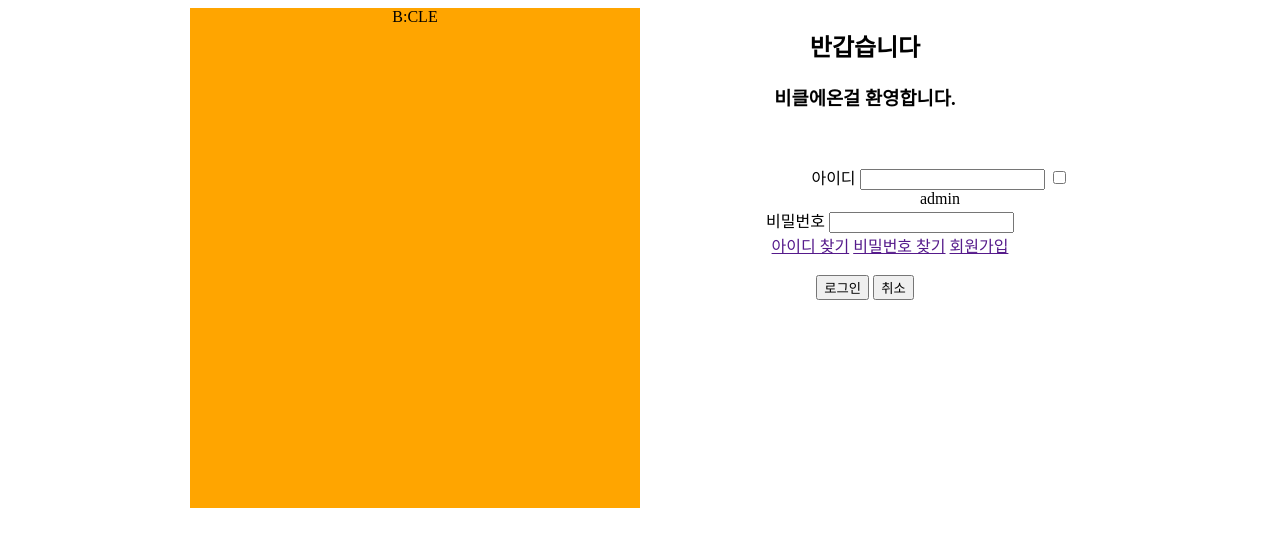
Repository: CHAEYUN7074/SpringProject_Bcle
Page: http://localhost/Bcle/LoginPage.jsp
An editor plug-in stored every save of this project. The page is shown before and after the next save, followed by the edit.
The browser window is 1280 px wide. The pictures show the whole page.
The page is served by Tomcat 9.

Above is the page before, as saved 2021-12-16 07:47:39.
Console error: ReferenceError: $ is not defined

### Bcle/WebContent/LoginPage.jsp
<%@ page contentType="text/html; charset=UTF-8"%>
<%@ taglib prefix="c" uri="http://java.sun.com/jsp/jstl/core"%>
<%
    request.setCharacterEncoding("UTF-8");
    String cp = request.getContextPath();
%>
<!DOCTYPE html>
<html>
<head>
<meta charset="UTF-8">
<title>LoginPage.jsp</title>
<script type="text/javascript">

	$(document).ready(function()
	{

		$("#submitBtn").click(function()
		{

			alert("확인");

		});

	});

</script>
<style type="text/css">

.bg
{
	position: relative;
	text-align: center;
}
.t-box
{
	display: flex;
	margin: 0 auto;
	width: 900px;
}
.right
{
	flex: 1;
	height: 500px;
	background-color: orange;
}

.left
{
	float: right;
	flex: 1;


}

.info {
	background-color: orange;
	width: 70vh;
	height: 30vh;
}

.upper {
	display: flex;
	background-color: gray;
}
.rightform
{
	text-align: center;
}

</style>
<script type="text/javascript" src="http://code.jquery.com/jquery.min.js"></script>
<script type="text/javascript">

	$(document).ready(function()
	{
		$("#submitBtn").click(function()
		{
			// 테스트
			//alert("확");
			$("#err").css("display", "none");

			if($("#id").val()=="" || $("#pw").val()=="")
			{
				$("#err").html("항목을 모두 입력해야 합니다.").css("display","inline");
				return
			}

			$("#loginForm").submit();

		});
	});

</script>
</head>
<body>

<div class="bg">
	<%-- <div>
		<c:import url="nav.jsp"></c:import>
	</div> --%>

	<div class="t-box">
		<div class="right">
			B:CLE
		</div>

		<div class="left">
			<div>
				<div><h2>반갑습니다</h2></div>
				<div><h3>비클에온걸 환영합니다.</h3></div>
				<br><br>
			</div>

			<div class="rightform">
				<form action="login.action" method="post" id="loginForm">
					<div style="margin-left: 150px;">
					아이디 <input type="text" id="id" name="id"/>
					<input type="checkbox" id="admin" name="admin" value="0" />
					<label for="admin">admin</label><br>
					</div>
					<div style="margin-left: 50px;">
					비밀번호 <input type="password" id="pwd" name="pwd"/><br>
					</div>

					<div style="margin-left: 50px;">
					<a href="">아이디 찾기</a>
					<a href="">비밀번호 찾기</a>
					<a href="">회원가입</a>
					</div>
					<br>

					<div>
						<input type="button" value="로그인" id="submitBtn" class="btn"/>
						<input type="reset" value="취소" id="resetBtn" class="btn"/>
						<br><br>
						<span id="err" style="color: red;display: none;"></span>
					</div>
				</form>
			</div>
			<!--
			<div>
					<a href="">관리자 로그인하기</a>
			</div>
			 -->
		</div>
	</div>
	<%--
	<div>
		<c:import url="footer.jsp"></c:import>
	</div>
	 --%>
</div>

</body>
</html>

After the next save:
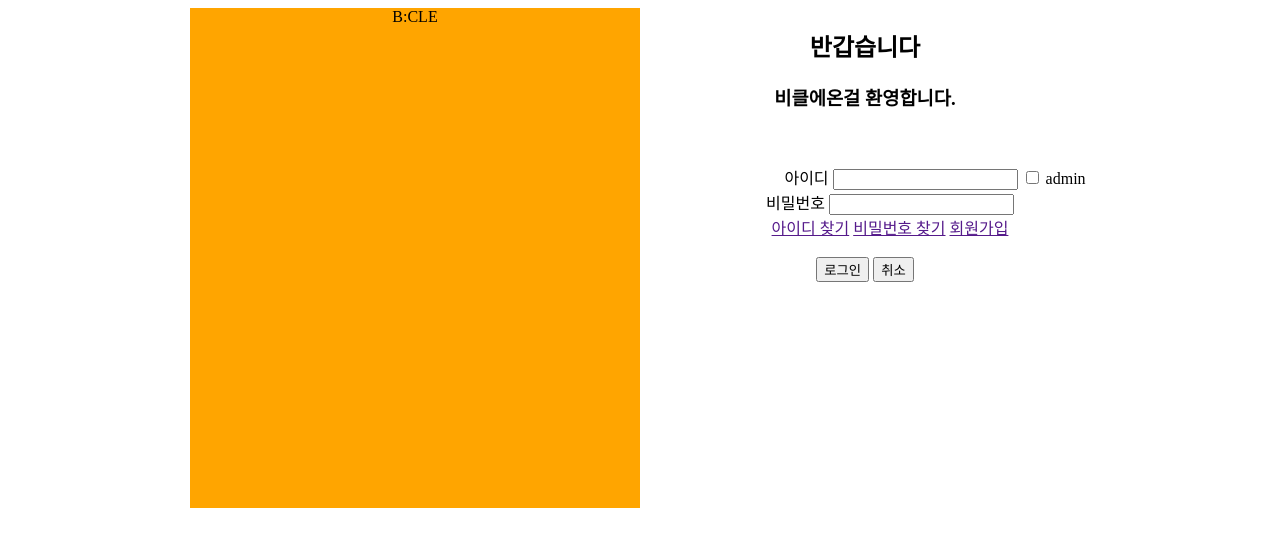
Saved 6 s later.
--- a/Bcle/WebContent/LoginPage.jsp
+++ b/Bcle/WebContent/LoginPage.jsp
@@ -113,7 +113,7 @@
 
 			<div class="rightform">
 				<form action="login.action" method="post" id="loginForm">
-					<div style="margin-left: 150px;">
+					<div style="margin-left: 140px;">
 					아이디 <input type="text" id="id" name="id"/>
 					<input type="checkbox" id="admin" name="admin" value="0" />
 					<label for="admin">admin</label><br>
